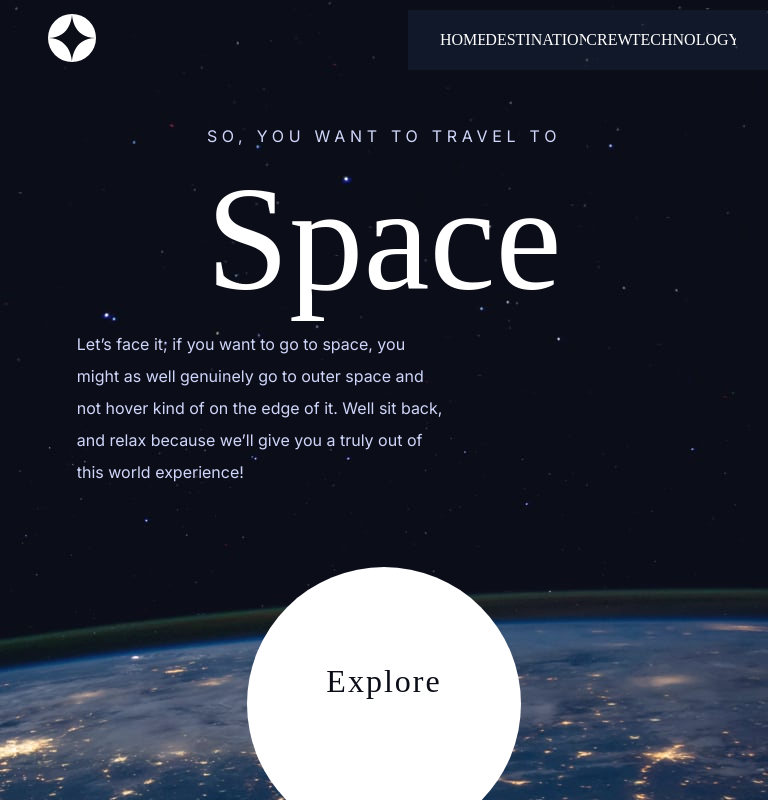
Repository: nilesjamex/space
Page: /
These files come from the project's save history. The page is drawn as it stood at one moment and after the next save; the edit follows.
The browser window is 768 px wide. The pictures show the whole page.
Some web fonts or font styles are not loaded; a fallback is used. Some web libraries are served in a nearby version. The project was rebuilt for these pictures with package versions that can differ from the ones it lists, and the page was loaded fresh each time. The framework's server and built-in components were replaced by stand-ins that run in the browser. Also part of the build but not shown: next.config.js.

Above is the page before, as saved 2022-01-08 04:10:49.

### pages/_document.js
import Document, { Html, Head, Main, NextScript } from 'next/document'

class MyDocument extends Document {
  render() {
    return (
      <Html>
        <Head>
          <link rel="preconnect" href="https://fonts.googleapis.com" />
<link rel="preconnect" href="https://fonts.gstatic.com" crossOrigin />
<link href="https://fonts.googleapis.com/css2?family=Bellefair&display=swap" rel="stylesheet" />
        <link rel="preconnect" href="https://fonts.googleapis.com" />
<link rel="preconnect" href="https://fonts.gstatic.com" crossOrigin />
<link href="https://fonts.googleapis.com/css2?family=Barlow+Condensed:ital,wght@0,100;0,300;0,400;1,100&family=Inter&display=swap" rel="stylesheet" />
        </Head>
        <body>
          <Main />
          <NextScript />
        </body>
      </Html>
    )
  }
}

export default MyDocument

### pages/index.js
import Head from 'next/head';
import styles from '../styles/Home.module.css';
import Nav from "../Layout/Nav";
import Homee from './../Components/Home.js';

export default function Home() {
  return (
    <div className={styles.container}>
      <Head>
        <title>Create Next App</title>
        <meta name="description" content="Generated by create next app" />
        <link rel="icon" href="/favicon.ico" />
        <link rel="stylesheet" type="text/css" charset="UTF-8" href="https://cdnjs.cloudflare.com/ajax/libs/slick-carousel/1.6.0/slick.min.css" />
<link rel="stylesheet" type="text/css" href="https://cdnjs.cloudflare.com/ajax/libs/slick-carousel/1.6.0/slick-theme.min.css" />
      </Head>

      <main className={styles.main}>
       <Homee />
      </main>
    </div>
  )
}

### styles/globals.css
a {
  color: inherit;
  text-decoration: none;
}

*{
  margin: 0;
  padding: 0;
  box-sizing: border-box;
  max-width: 100%;
  max-height: 100vh;
  overflow-y: hidden;
}

li {
  list-style: none;
  cursor: pointer;
}

### styles/Home.module.css
.main {

}

### Layout/Nav.js
import React from 'react';
import styles from './nav.module.css';
import Link from 'next/link'

const Nav = ({children}) => {
    return (
       <div className={styles.navBody}>
        <nav className={styles.nav}>
         <div>
            <svg width="48" height="48" viewBox="0 0 48 48" fill="none" xmlns="http://www.w3.org/2000/svg">
<circle cx="24" cy="24" r="24" fill="white"/>
<path fillRule="evenodd" clipRule="evenodd" d="M24 0C24 0 24 24 0 24C23.5776 24.1714 24 48 24 48C24 48 24 24 48 24C24 24 24 0 24 0Z" fill="#0B0D17" />
</svg>
  </div>

<ul className={styles.ul}>
<li><Link href="/"> HOME </Link></li>
<li><Link href="/Destinations">DESTINATION </Link></li>
<li><Link href="/Crew">CREW</Link></li>
<li><Link href="/Technology">TECHNOLOGY</Link></li>
</ul>
        </nav>
      <div className={styles.mainBody}> {children} </div>
</div>
    )
}

export default Nav

### Components/Home.js
import React from 'react';
import Styles from './home.module.css';
import Nav from './../Layout/Nav';

const Home = () => {
    return (
        <div className={Styles.Homes} >
        <div className={Styles.nav}>
        <Nav />
        </div>
        <div>
        <div className={Styles.Home}>
        <div className={Styles.HomeText}>
            <h3 className={Styles.HomeTextsub}>So, you want to travel to </h3>
  <h1 className={Styles.HomeTextspace}>Space</h1>
  <h3 className={Styles.HomeTextsubs}>Let’s face it; if you want to go to space, you might as well genuinely go to
  outer space and not hover kind of on the edge of it. Well sit back, and relax
  because we’ll give you a truly out of this world experience! </h3>
  </div>
<div className={Styles.Explore}>
  <h2 className={Styles.ExploreText}>Explore</h2>
  </div>
  </div>
        </div>
        </div>
    )
}

export default Home

### Layout/nav.module.css
.nav {
    display: flex;
    justify-content: space-between;
    align-items: center;
    padding-left: 3rem;
    width: 100%;
    height: 10vh;

}

.ul {
    display: flex;
    width: 50%;
    justify-content: space-between;
    align-items: center;
    color: #fff;
    background-color: rgba(24, 36, 59, 0.5);
    height: 60px;
    padding: 0 2rem;

}

.navBody {
    height: 100%;
}

### Components/home.module.css
.Homes {
    background: url('../public/assets/home/background-home-desktop.jpg');
    background-size: cover;
    height: 100%;
}
.Home{
    display: flex;
    align-items: center;
    justify-content: space-around;
    height: 100vh;
    }
.HomeText {
    width: 40%;
}
.HomeTextsub {
    font-family: 'Barlow Condensed', sans-serif;
    font-family: 'Inter', sans-serif;
    font-style: normal;
    font-weight: normal;
    font-size: 1.9rem;
    line-height: 34px;
    letter-spacing: 4.725px;
    text-transform: uppercase;
    color: #D0D6F9;
}
.HomeTextspace {
    font-family: "Bellefair", serif;
    font-style: normal;
    font-weight: normal;
    font-size: 9.3rem;
    line-height: 172px;
    color: #FFFFFF;
    display: block;
    width: 80;
}
.HomeTextsubs {
    font-family: 'Barlow Condensed', sans-serif;
    font-family: 'Inter', sans-serif;
    font-style: normal;
    font-weight: normal;
    font-size: 1rem;
    line-height: 32px;
    color: #D0D6F9;
    text-align: left;
    width: 60%;
    margin-top: 0.2rem;
}
.Explore {
    height: 274px;
    width: 274px;
    background-color: #fff;
    border-radius: 50%;
}
.ExploreText {
    text-align: center;
    display: flex;
    justify-content: center;
    align-items: center;
    margin: 6rem auto;
    font-family: 'Bellefair', serif;
    font-style: normal;
    font-weight: normal;
    font-size: 2rem;
    line-height: 37px;
    letter-spacing: 2px;
    color: #0B0D17;
}

@media screen and (max-width: 900px) {
    .Homes {
        background: url('../public/assets/home/background-home-tablet.jpg');
    }
    .Home{
        display: flex;
        flex-direction: column;
        }
        .HomeText {
            width: 80%;
            text-align: center;
        }
    .HomeTextsub {
        font-size: 1.2rem;
    }
    .HomeTextsub {
        font-size: 1rem;
        text-align: center;
    }
}

Loaded but not shown: pages/_app.js (common file)

After the next save:
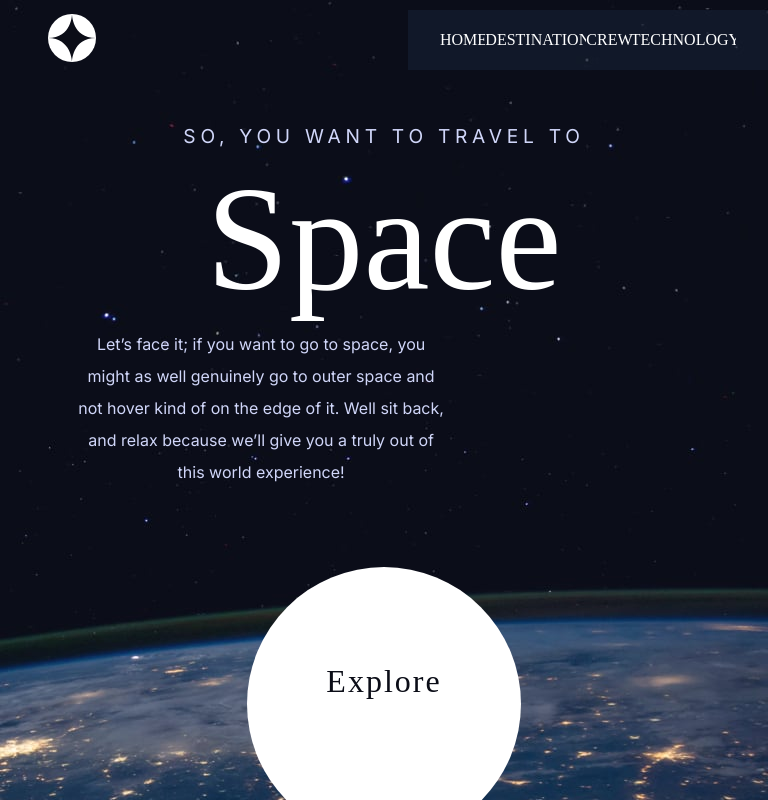
Saved 34 s later.
--- a/Components/home.module.css
+++ b/Components/home.module.css
@@ -81,7 +81,7 @@
     .HomeTextsub {
         font-size: 1.2rem;
     }
-    .HomeTextsub {
+    .HomeTextsubs {
         font-size: 1rem;
         text-align: center;
     }
